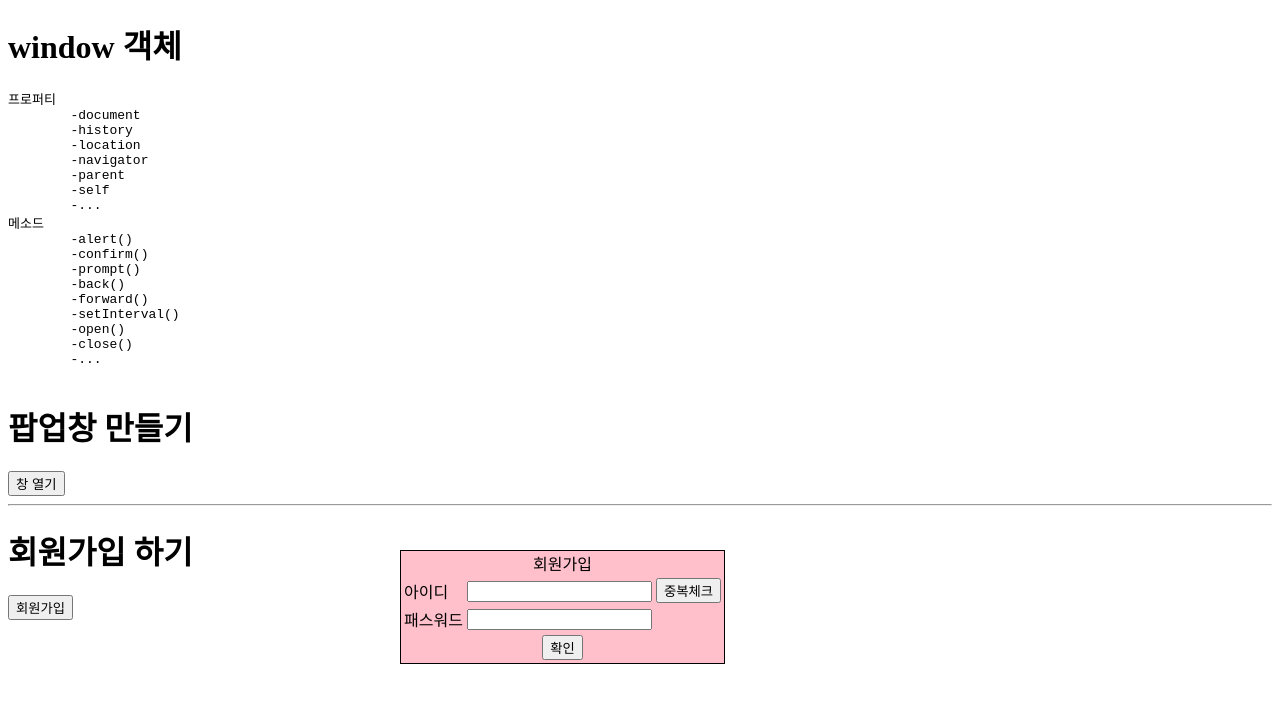
Repository: sunghyun-biblee/LearnSpace
Page: 4_UI/JS_Test/WebContent/js16_window01.html
An editor plug-in stored every save of this project. The page is shown before and after the next save, followed by the edit.
The browser window is 1280 px wide. The pictures show the whole page.

Above is the page before, as saved 2023-10-26 04:05:50.

### 4_UI/JS_Test/WebContent/js16_window01.html
<!DOCTYPE html>
<html>
<head>
<meta charset="UTF-8">
<title>Insert title here</title>
<style type="text/css">
	#regist{
		border : 1px solid black;
		background: pink;
		position : absolute;
		top: 550px;
		left:400px;
	}
</style>
<script type="text/javascript">
	function openWin(){
		let url="js16_window02.html";
		let target="_blank";
		let prop="width=500px,height=500px";
		window.open(url,target,prop);
	}

	function registForm(){
		let url="js17_window03.html";
		let target="_blank";
		let prop="width=600px,height=600px";
		window.open(url,target,prop);
	}
</script>
</head>
<body>
	<h1>window 객체</h1>
<pre>
프로퍼티
	-document
	-history
	-location
	-navigator
	-parent
	-self
	-...
메소드
	-alert()
	-confirm()
	-prompt()
	-back()
	-forward()
	-setInterval()
	-open()
	-close()
	-...
	</pre>
<div>
	<h1>팝업창 만들기</h1>
	<button onclick="openWin();" name="btn">창 열기</button>
</div>
<div id="tt"></div>

<hr>
<h1>회원가입 하기</h1>
<button onclick="registForm()" name="btn">회원가입</button>
<!-- 회원가입 폼 -->
<div id="regist">
	<form action="">
	<table>
		<caption>회원가입</caption>
		<tr>
			<td>아이디</td>
			<td> <input type="text" name="id"> <input type="button" value="중복체크"> </td>
		</tr>
		<tr>
			<td>패스워드</td>
			<td> <input type="password" name="pwd" style="color:red;"></td>
		</tr>
		<tr>
			<td colspan="2" align="center"> <input type="button" value="확인"> </td>
		</tr>
		</table>

	</form>
</div>



</body>
</html>

After the next save:
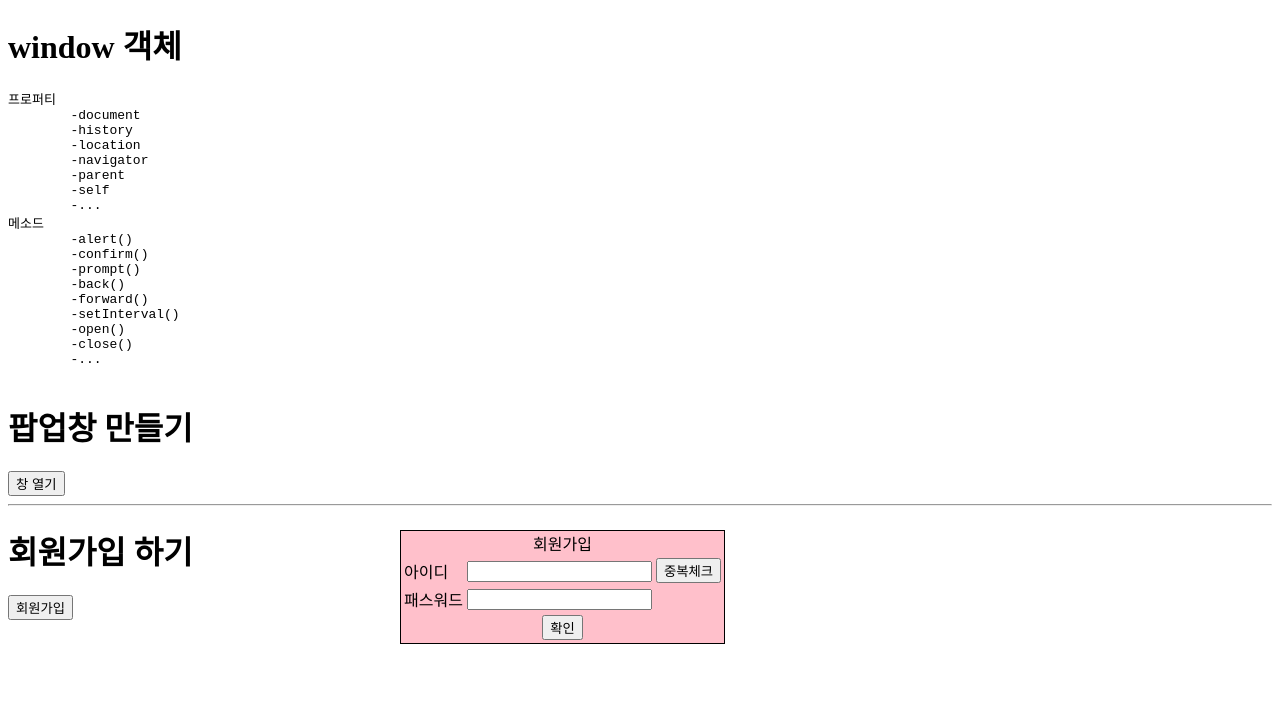
Saved 4 s later.
--- a/4_UI/JS_Test/WebContent/js16_window01.html
+++ b/4_UI/JS_Test/WebContent/js16_window01.html
@@ -8,7 +8,7 @@
 		border : 1px solid black;
 		background: pink;
 		position : absolute;
-		top: 550px;
+		top: 530px;
 		left:400px;
 	}
 </style>
